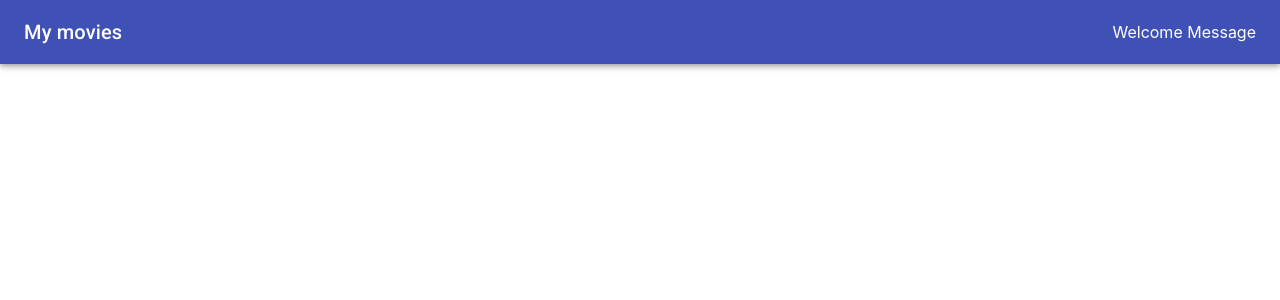
Repository: baodien1405/movie-app
Page: /
An editor plug-in stored every save of this project. The page is shown before and after the next save, followed by the edit.
The browser window is 1280 px wide. The pictures show the whole page.
The project was rebuilt for these pictures with package versions that can differ from the ones it lists, and the page was loaded fresh each time. Also part of the build but not shown: src/App.css.

Above is the page before, as saved 2021-06-01 18:11:33.

### src/App.tsx
import React from 'react';
import Navbar from './components/Navbar/Navbar.component';

import './App.css';

function App() {
  return (
    <div>
      <Navbar />
    </div>
  );
}

export default App;

### src/components/Navbar/Navbar.component.tsx
import React from 'react';
import { AppBar, Box, Toolbar, Typography } from "@material-ui/core";
import WelcomeMessage from '../WelcomeMessage/WelcomeMessage.component';

function Navbar() {
  return (
    <AppBar position="relative" color="primary">
      <Toolbar>
        <Box display="flex" justifyContent="space-between" alignItems="center" width={1} py={2}>
          <Typography variant="h6">My movies</Typography>

          <Box textAlign="center">
            <WelcomeMessage position="ABC" />
          </Box>
        </Box>
      </Toolbar>
    </AppBar>
  );
}

export default Navbar;

### src/components/WelcomeMessage/WelcomeMessage.component.tsx
import React from 'react';

function WelcomeMessage() {
  return (
    <div>
      Welcome Message
    </div>
  );
}

export default WelcomeMessage;

Loaded but not shown: public/index.html (common file); src/index.tsx (common file); src/index.css (common file); src/reportWebVitals.ts (common file)

After the next save:
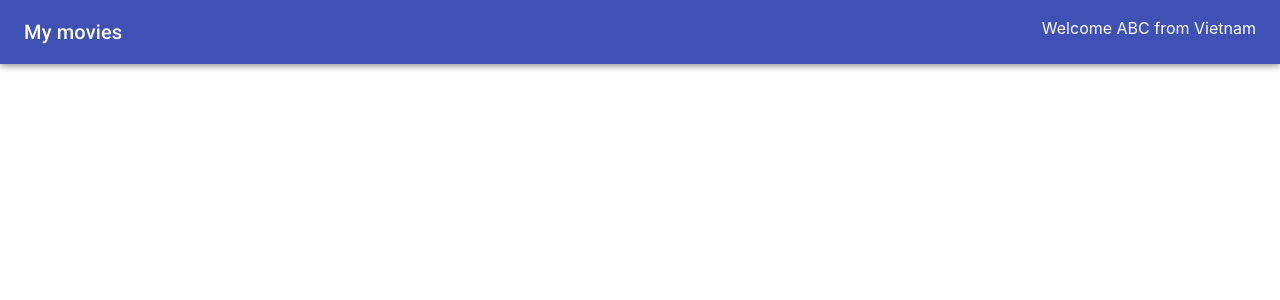
Saved 3 min 7 s later.
--- a/src/components/WelcomeMessage/WelcomeMessage.component.tsx
+++ b/src/components/WelcomeMessage/WelcomeMessage.component.tsx
@@ -1,10 +1,16 @@
 import React from 'react';
+import { Box } from "@material-ui/core";
 
-function WelcomeMessage() {
+interface WelcomeMessageProps {
+  position: string,
+  country?: string
+}
+
+function WelcomeMessage({position, country="Vietnam"}: WelcomeMessageProps) {
   return (
-    <div>
-      Welcome Message
-    </div>
+    <Box mb={1}>
+      Welcome {position} from {country}
+    </Box>
   );
 }
 
